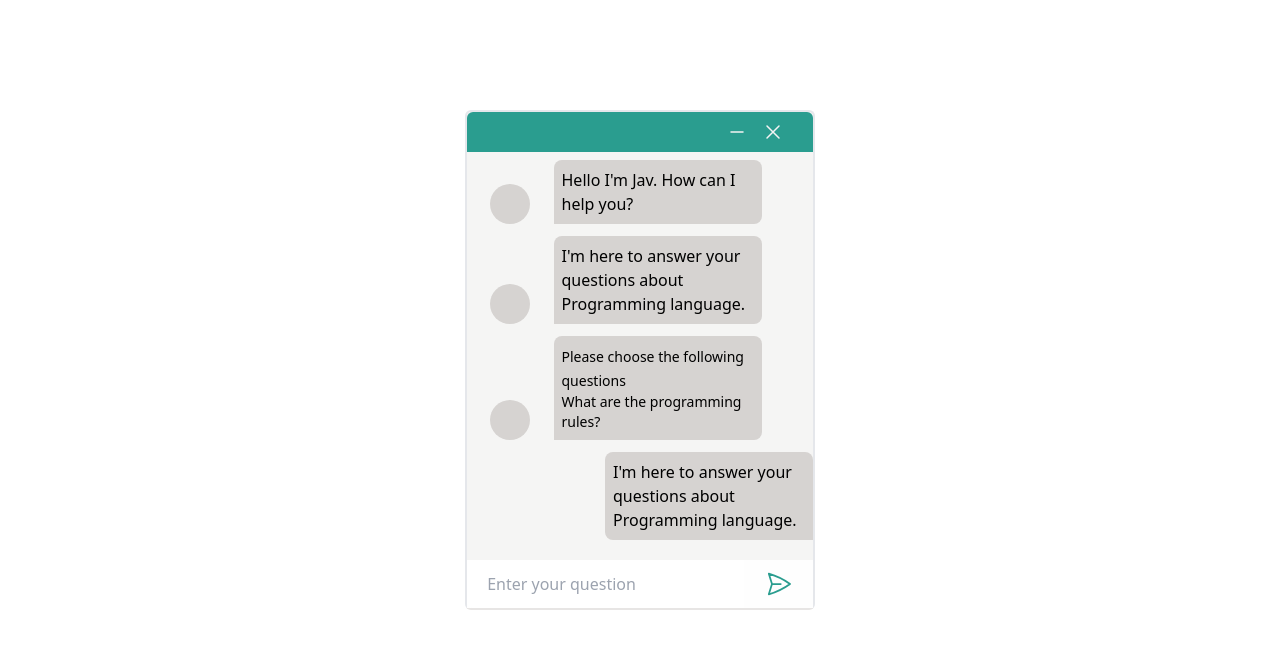
Repository: hsumyatm7308/Chatbot
Page: index.html
These files come from the project's save history. The page is drawn as it stood at one moment and after the next save; the edit follows.
The browser window is 1280 px wide. The pictures show the whole page.
Some web libraries are served in a nearby version.

Above is the page before, as saved 2023-07-09 12:35:46.

After the next save:
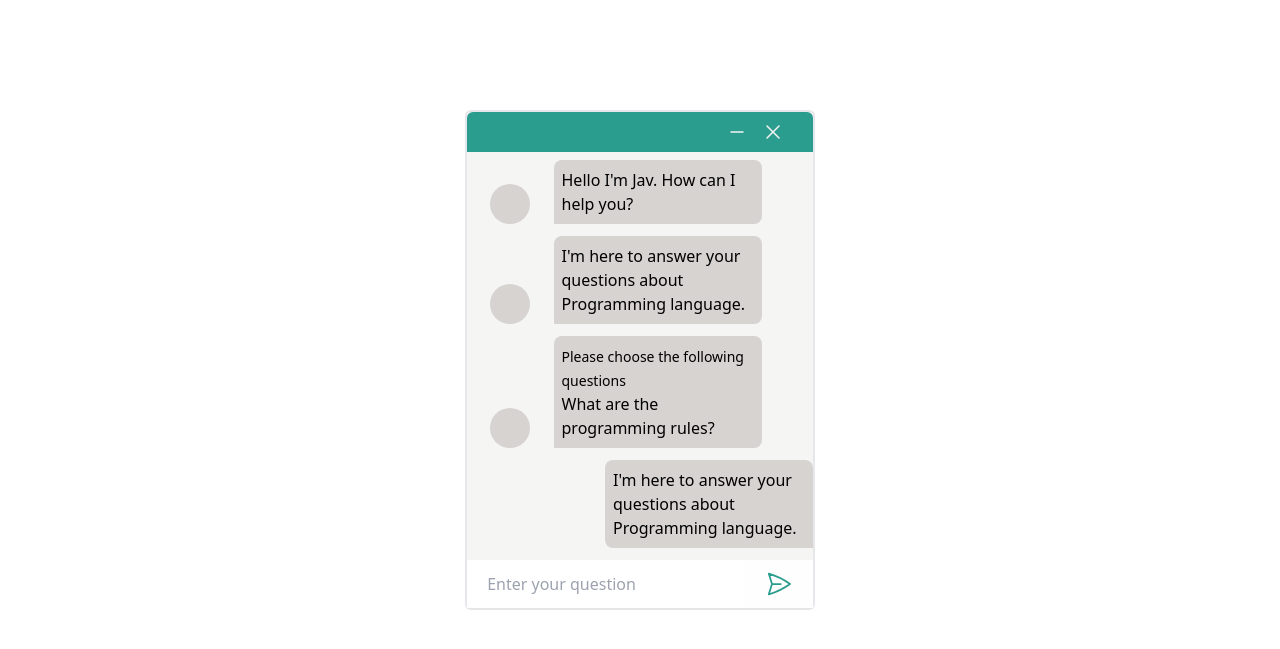
Saved 27 s later.
--- a/index.html
+++ b/index.html
@@ -70,7 +70,7 @@
                                 <span>
                                     <span class="text-sm">Please choose the following questions</span>
                                     <ul>
-                                        <li class="text-sm"><a href="">What are the programming rules?</a></li>
+                                        <li class="text-md"><a href="">What are the programming rules?</a></li>
                                     </ul>
                                 </span>
                             </div>
